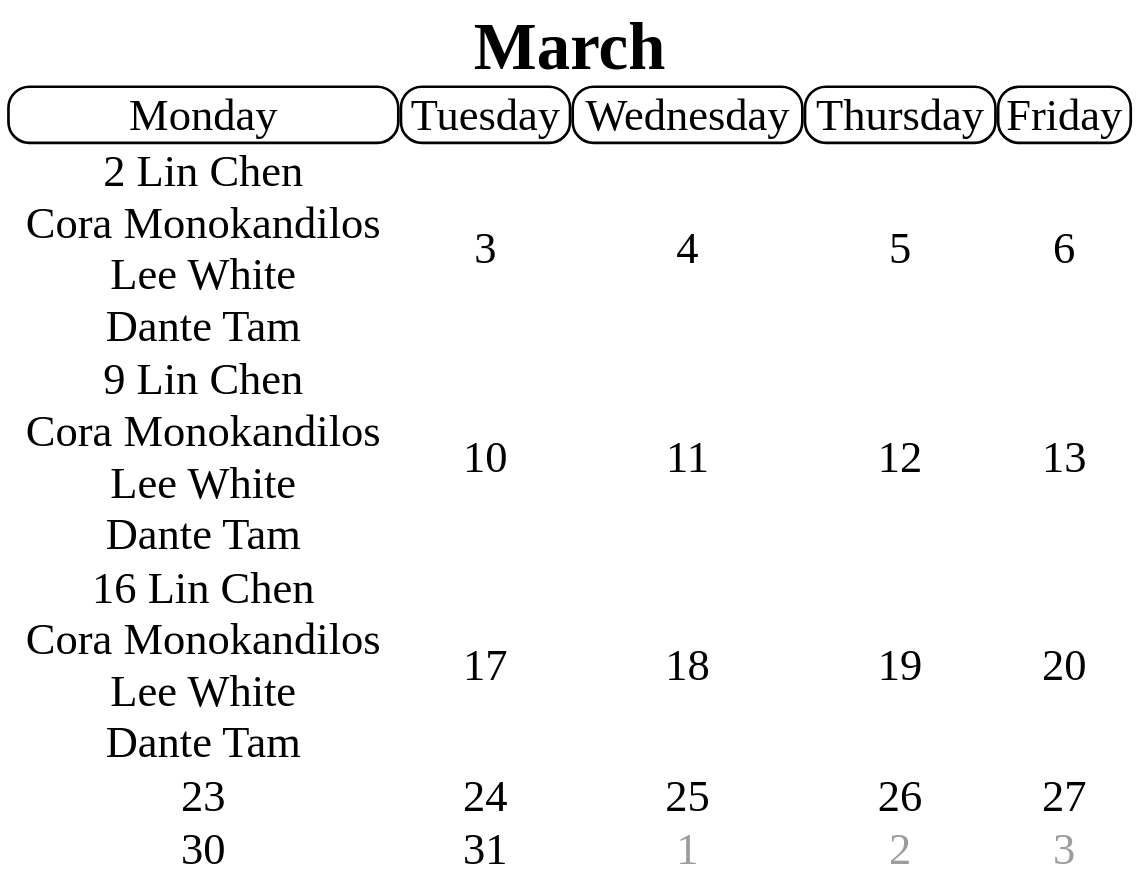
Repository: shleewhite/missionBitCalendar
Page: views/mar.html
The author's editor kept a record of every edit. The page is drawn from the files as they stood at one moment, then again after the next edit.
The browser window is 1280 px wide. The pictures show the whole page, at 89% of full size.

Above is the page before.

After the next edit:
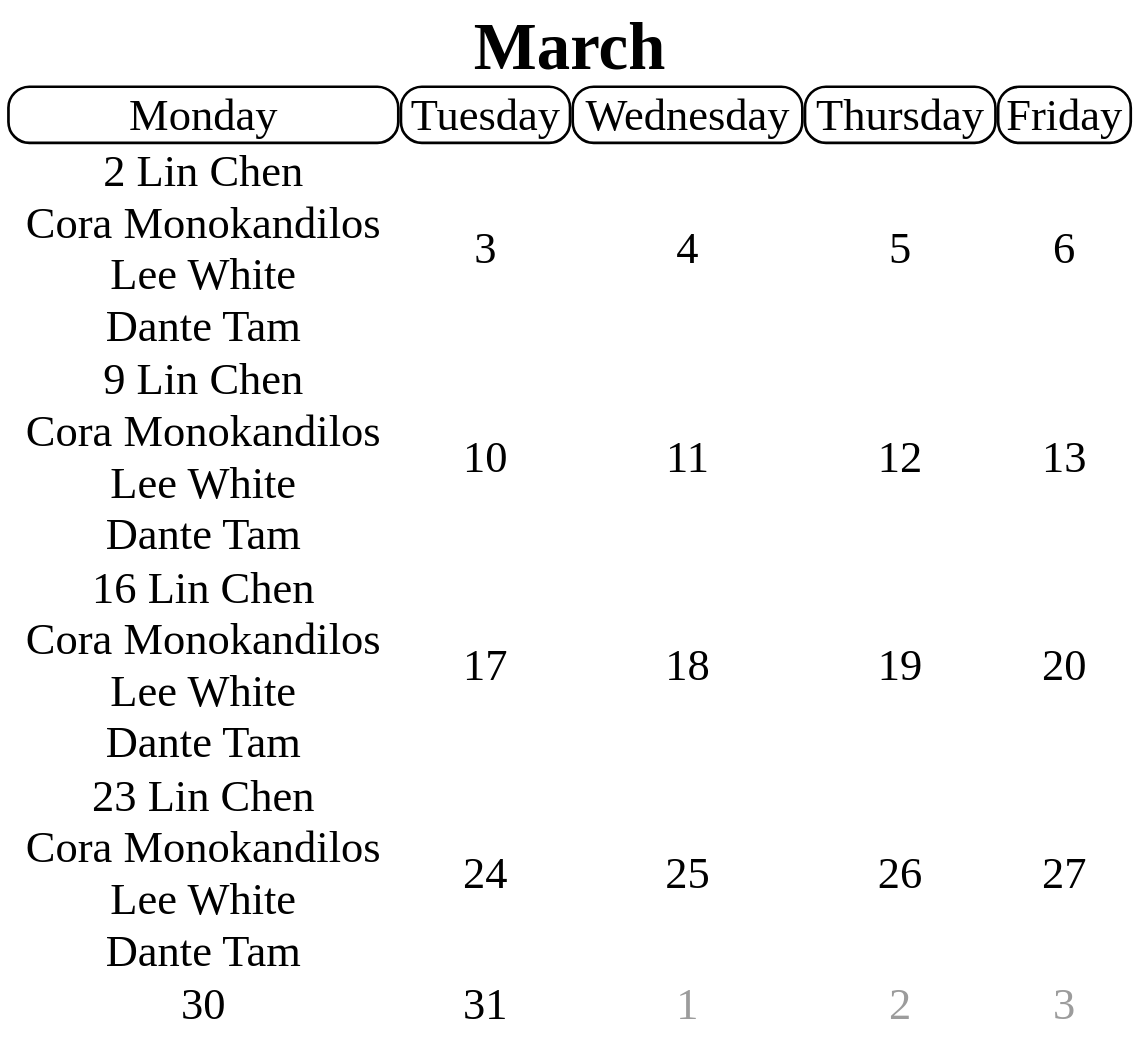
The edit:
--- a/views/mar.html
+++ b/views/mar.html
@@ -34,7 +34,7 @@
                 <td>20</td>
             </tr>
             <tr>
-                <td>23</td>
+                <td>23 Lin Chen<br>Cora Monokandilos<br>Lee White<br>Dante Tam</td>
                 <td>24</td>
                 <td>25</td>
                 <td>26</td>
